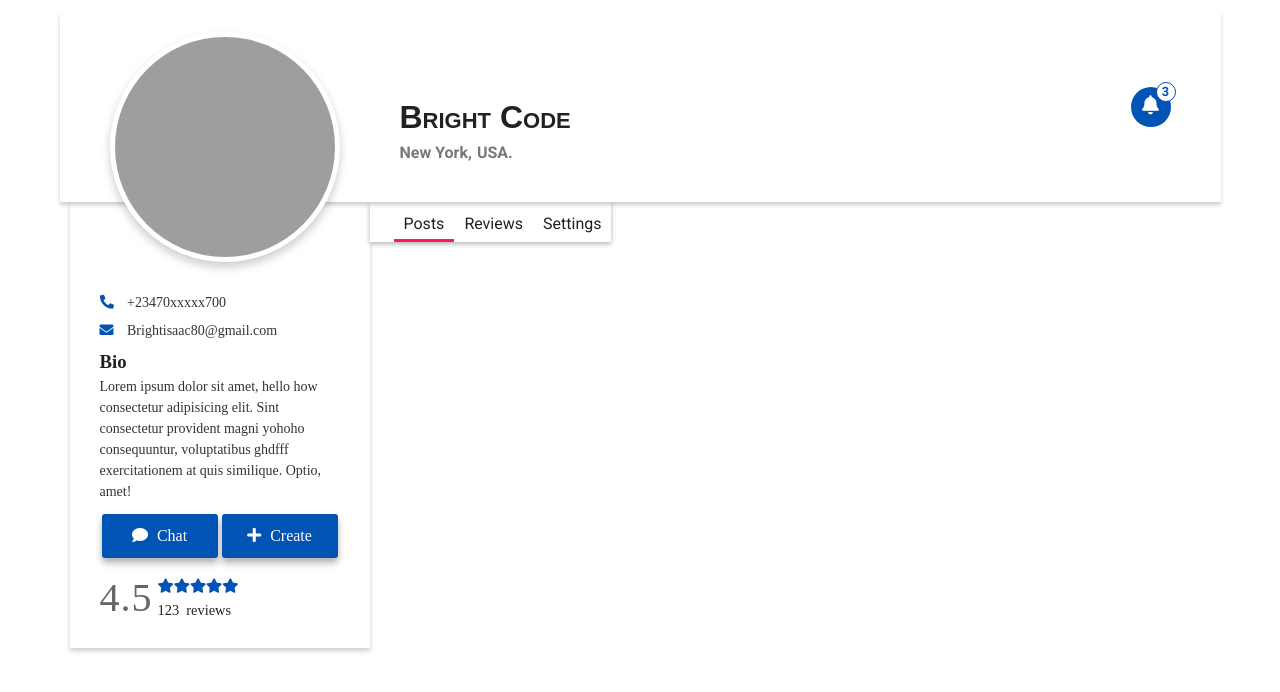
Repository: akinsikuoluwafemi/Pats_userAuth
Page: /userinfo
The author's editor kept a copy of each file at every save. The page is drawn from the files as they stood at one save, then again after the next save.
The browser window is 1280 px wide. The pictures show the whole page.
Pictures or frames that could not be fetched are drawn as grey boxes. The project was rebuilt for these pictures with package versions that can differ from the ones it lists, and the page was loaded fresh each time. Also part of the build but not shown: vue.config.js, src/views/Home.vue, src/components/Login.vue, src/components/Signup.vue.

Above is the page before, as saved 2020-11-05 01:42:58.

### src/App.vue
<template>
  <v-app>


    <v-main>
      <router-view></router-view>
    </v-main>
  </v-app>
</template>

<script>

export default {
  name: 'App',

  components: {

},

  data: () => ({
    //
  }),
};
</script>

### src/router/index.js
import Vue from 'vue'
import VueRouter from 'vue-router'
import Home from '../views/Home.vue'
import Login from '../components/Login.vue'
import Signup from "../components/Signup.vue";
import UserInfo from "../components/UserInfo.vue";


Vue.use(VueRouter)

const routes = [
  {
    path: "/",
    name: "Home",
    component: Home,
  },
  {
    path: "/login",
    name: "Login",
    component: Login,
  },

  {
    path: "/signup",
    name: "Signup",
    component: Signup,
  },

  {
    path: "/userinfo",
    name: "Userinfo",
    component: UserInfo,
  },
  {
    path: "/about",
    name: "About",
    // route level code-splitting
    // this generates a separate chunk (about.[hash].js) for this route
    // which is lazy-loaded when the route is visited.
    component: () =>
      import(/* webpackChunkName: "about" */ "../views/About.vue"),
  },
];

const router = new VueRouter({
  mode: 'history',
  base: process.env.BASE_URL,
  routes
})

export default router

### src/plugins/vuetify.js
import "@fortawesome/fontawesome-free/css/all.css"
import 'material-design-icons-iconfont/dist/material-design-icons.css'
import Vue from 'vue';
import Vuetify from 'vuetify/lib';

Vue.use(Vuetify);

export default new Vuetify({
    icons: {
        iconfont: 'md' || 'fa'
    }
});

### src/components/UserInfo.vue
<template>
    <div class="container">
  <div class="profile-header">
    <div class="profile-img">
      <img src="https://images.unsplash.com/photo-1486312338219-ce68d2c6f44d?ixlib=rb-1.2.1&ixid=eyJhcHBfaWQiOjEyMDd9&auto=format&fit=crop&w=1352&q=80" width="200" alt="Profile Image">
    </div>
    <div class="profile-nav-info">
      <h3 class="user-name">Bright Code</h3>
      <div class="address">
        <p id="state" class="state">New York,</p>
        <span id="country" class="country">USA.</span>
      </div>

    </div>
    <div class="profile-option">
      <div class="notification">
        <i class="fa fa-bell"></i>
        <span class="alert-message">3</span>
      </div>
    </div>
  </div>

  <div class="main-bd">
    <div class="left-side">
      <div class="profile-side">
        <p class="mobile-no"><i class="fa fa-phone"></i> +23470xxxxx700</p>
        <p class="user-mail"><i class="fa fa-envelope"></i> Brightisaac80@gmail.com</p>
        <div class="user-bio">
          <h3>Bio</h3>
          <p class="bio">
            Lorem ipsum dolor sit amet, hello how consectetur adipisicing elit. Sint consectetur provident magni yohoho consequuntur, voluptatibus ghdfff exercitationem at quis similique. Optio, amet!
          </p>
        </div>
        <div class="profile-btn">
          <button class="chatbtn" id="chatBtn"><i class="fa fa-comment"></i> Chat</button>
          <button class="createbtn" id="Create-post"><i class="fa fa-plus"></i> Create</button>
        </div>
        <div class="user-rating">
          <h3 class="rating">4.5</h3>
          <div class="rate">
            <div class="star-outer">
              <div class="star-inner">
                <i class="fa fa-star"></i>
                <i class="fa fa-star"></i>
                <i class="fa fa-star"></i>
                <i class="fa fa-star"></i>
                <i class="fa fa-star"></i>
              </div>
            </div>
            <span class="no-of-user-rate"><span>123</span>&nbsp;&nbsp;reviews</span>
          </div>

        </div>
      </div>

    </div>
    <div class="right-side">

      <div class="nav">
        <ul>
          <li onclick="tabs(0)" class="user-post active">Posts</li>
          <li onclick="tabs(1)" class="user-review">Reviews</li>
          <li onclick="tabs(2)" class="user-setting"> Settings</li>
        </ul>
      </div>
      <div class="profile-body">
        <div class="profile-posts tab">
          <h1>Your Post</h1>
          <p>Lorem ipsum dolor sit amet, consectetur adipisicing elit. Ipsa quia sunt itaque ut libero cupiditate ullam qui velit laborum placeat doloribus, non tempore nisi ratione error rem minima ducimus. Accusamus adipisci quasi at itaque repellat sed
            magni eius magnam repellendus. Quidem inventore repudiandae sunt odit. Aliquid facilis fugiat earum ex officia eveniet, nisi, similique ad ullam repudiandae molestias aspernatur qui autem, nam? Cupiditate ut quasi iste, eos perspiciatis maiores
            molestiae.</p>
        </div>
        <div class="profile-reviews tab">
          <h1>User reviews</h1>
          <p>Lorem ipsum dolor sit amet, consectetur adipisicing elit. Aliquam pariatur officia, aperiam quidem quasi, tenetur molestiae. Architecto mollitia laborum possimus iste esse. Perferendis tempora consectetur, quae qui nihil voluptas. Maiores debitis
            repellendus excepturi quisquam temporibus quam nobis voluptatem, reiciendis distinctio deserunt vitae! Maxime provident, distinctio animi commodi nemo, eveniet fugit porro quos nesciunt quidem a, corporis nisi dolorum minus sit eaque error
            sequi ullam. Quidem ut fugiat, praesentium velit aliquam!</p>
        </div>
        <div class="profile-settings tab">
          <div class="account-setting">
            <h1>Acount Setting</h1>
            <p>Lorem ipsum dolor sit amet, consectetur adipisicing elit. Reprehenderit omnis eaque, expedita nostrum, facere libero provident laudantium. Quis, hic doloribus! Laboriosam nemo tempora praesentium. Culpa quo velit omnis, debitis maxime, sequi
              animi dolores commodi odio placeat, magnam, cupiditate facilis impedit veniam? Soluta aliquam excepturi illum natus adipisci ipsum quo, voluptatem, nemo, commodi, molestiae doloribus magni et. Cum, saepe enim quam voluptatum vel debitis
              nihil, recusandae, omnis officiis tenetur, ullam rerum.</p>
          </div>
        </div>
      </div>
    </div>
  </div>
</div>

</template>


<style scoped>

.profile-header { background: #fff; width: 100%; display: flex; height: 190px;
position: relative; box-shadow: 0px 3px 4px rgba(0, 0, 0, 0.2); } .profile-img {
float: left; width: 340px; height: 200px; } .profile-img img { border-radius:
50%; height: 230px; width: 230px; border: 5px solid #fff; box-shadow: 0px 5px
10px rgba(0, 0, 0, 0.2); position: absolute; left: 50px; top: 20px; z-index: 5;
background: #fff; } .profile-nav-info { float: left; display: flex;
flex-direction: column; justify-content: center; padding-top: 60px; }
.profile-nav-info h3 { font-variant: small-caps; font-size: 2rem; font-family:
sans-serif; font-weight: bold; } .profile-nav-info .address { display: flex;
font-weight: bold; color: #777; } .profile-nav-info .address p { margin-right:
5px; } .profile-option { width: 40px; height: 40px; position: absolute; right:
50px; top: 50%; transform: translateY(-50%); border-radius: 50%; display: flex;
justify-content: center; align-items: center; cursor: pointer; transition: all
0.5s ease-in-out; outline: none; background: #0153B4; } .profile-option:hover {
background: #fff; border: 1px solid #0153B4; } .profile-option:hover
.notification i { color: #0153B4; } .profile-option:hover span { background:
#0153B4; } .profile-option .notification i { color: #fff; font-size: 1.2rem;
transition: all 0.5s ease-in-out; } .profile-option .notification .alert-message
{ position: absolute; top: -5px; right: -5px; background: #fff; color: #0153B4;
border: 1px solid #0153B4; padding: 5px; border-radius: 50%; height: 20px;
width: 20px; display: flex; justify-content: center; align-items: center;
font-size: 0.8rem; font-weight: bold; } .main-bd { width: 100%; display: flex;
padding-right: 15px; } .profile-side { width: 300px; background: #fff;
box-shadow: 0px 3px 5px rgba(0, 0, 0, 0.2); padding: 90px 30px 20px;
font-family: "Bree Serif", serif; margin-left: 10px; z-index: 99; }
.profile-side p { margin-bottom: 7px; color: #333; font-size: 14px; }
.profile-side p i { color: #0153B4; margin-right: 10px; } .mobile-no i {
transform: rotateY(180deg); color: #0153B4; } .profile-btn { display: flex; }
button.chatbtn, button.createbtn { border: 0; padding: 10px; width: 100%;
border-radius: 3px; background: #0153B4; color: #fff; font-family: "Bree Serif";
font-size: 1rem; margin: 5px 2px; cursor: pointer; outline: none; margin-bottom:
10px; transition: background 0.3s ease-in-out; box-shadow: 0px 5px 7px 0px
rgba(0, 0, 0, 0.3); } button.chatbtn:hover, button.createbtn:hover { background:
rgba(288, 0, 70, 0.9); } button.chatbtn i, button.createbtn i { margin-right:
5px; } .user-rating { display: flex; } .user-rating h3 { font-size: 2.5rem;
font-weight: 200; margin-right: 5px; letter-spacing: 1px; color: #666; }
.user-rating .no-of-user-rate { font-size: 0.9rem; } .rate { padding-top: 6px; }
.rate i { font-size: 0.9rem; color: #0153B4
; } .nav { width: 100%;
z-index: -1; } .nav ul { display: flex; justify-content: space-around;
list-style-type: none; height: 40px; background: #fff; box-shadow: 0px 2px 5px
rgba(0, 0, 0, 0.3); } .nav ul li { padding: 10px; width: 100%; cursor: pointer;
text-align: center; transition: all 0.2s ease-in-out; } .nav ul li:hover, .nav
ul li.active { box-shadow: 0px -3px 0px rgba(288, 0, 70, 0.9) inset; }
.profile-body { width: 100%; z-index: -1; } .tab { display: none; } .tab {
padding: 20px; width: 100%; text-align: center; } @media (max-width: 1100px) {
.profile-side { width: 250px; padding: 90px 15px 20px; } .profile-img img {
height: 200px; width: 200px; left: 50px; top: 50px; } } @media (max-width:
900px) { body { margin: 0 20px; } .profile-header { display: flex; height: 100%;
flex-direction: column; text-align: center; padding-bottom: 20px; } .profile-img
{ float: left; width: 100%; height: 200px; } .profile-img img { position:
relative; height: 200px; width: 200px; left: 0px; } .profile-nav-info {
text-align: center; } .profile-option { right: 20px; top: 75%; transform:
translateY(50%); } .main-bd { flex-direction: column; padding-right: 0; }
.profile-side { width: 100%; text-align: center; padding: 20px; margin: 5px 0; }
.profile-nav-info .address { justify-content: center; } .user-rating {
justify-content: center; } } @media (max-width: 400px) { body { margin: ; }
.profile-option { width: 30px; height: 30px; position:
absolute; right: 15px; top: 83%; } .profile-option .notification .alert-message
{ top: -3px; right: -4px; padding: 4px; height: 15px; width: 15px; font-size:
0.7rem; } .profile-nav-info h3 { font-size: 1.9rem; } .profile-nav-info .address
p, .profile-nav-info .address span { font-size: 0.7rem; } } #see-more-bio,
#see-less-bio { color: blue; cursor: pointer; text-transform: lowercase; } .tab
h1 { font-family: "Bree Serif", sans-serif; display: flex; justify-content:
center; margin: 20px auto; }



</style>

Loaded but not shown: public/index.html (common file); src/main.js (common file)

After the next save:
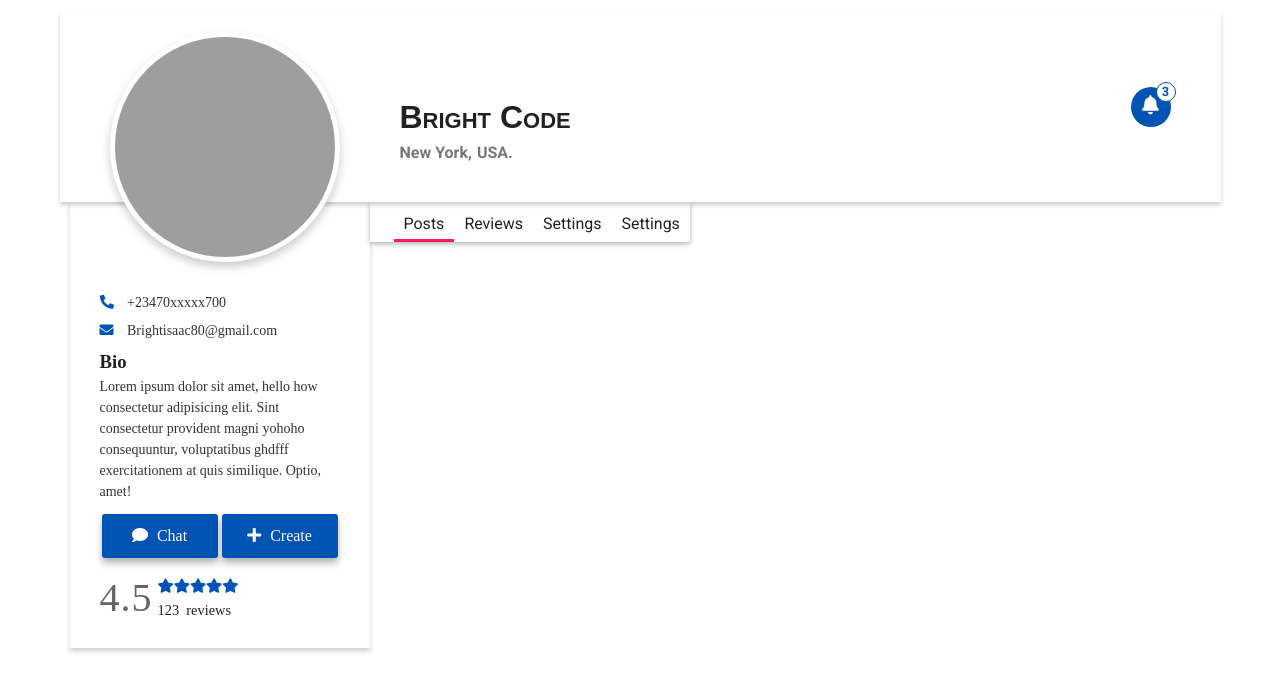
Saved 63 s later.
--- a/src/components/UserInfo.vue
+++ b/src/components/UserInfo.vue
@@ -61,6 +61,8 @@
           <li onclick="tabs(0)" class="user-post active">Posts</li>
           <li onclick="tabs(1)" class="user-review">Reviews</li>
           <li onclick="tabs(2)" class="user-setting"> Settings</li>
+          <li onclick="tabs(2)" class="user-setting"> Settings</li>
+
         </ul>
       </div>
       <div class="profile-body">
